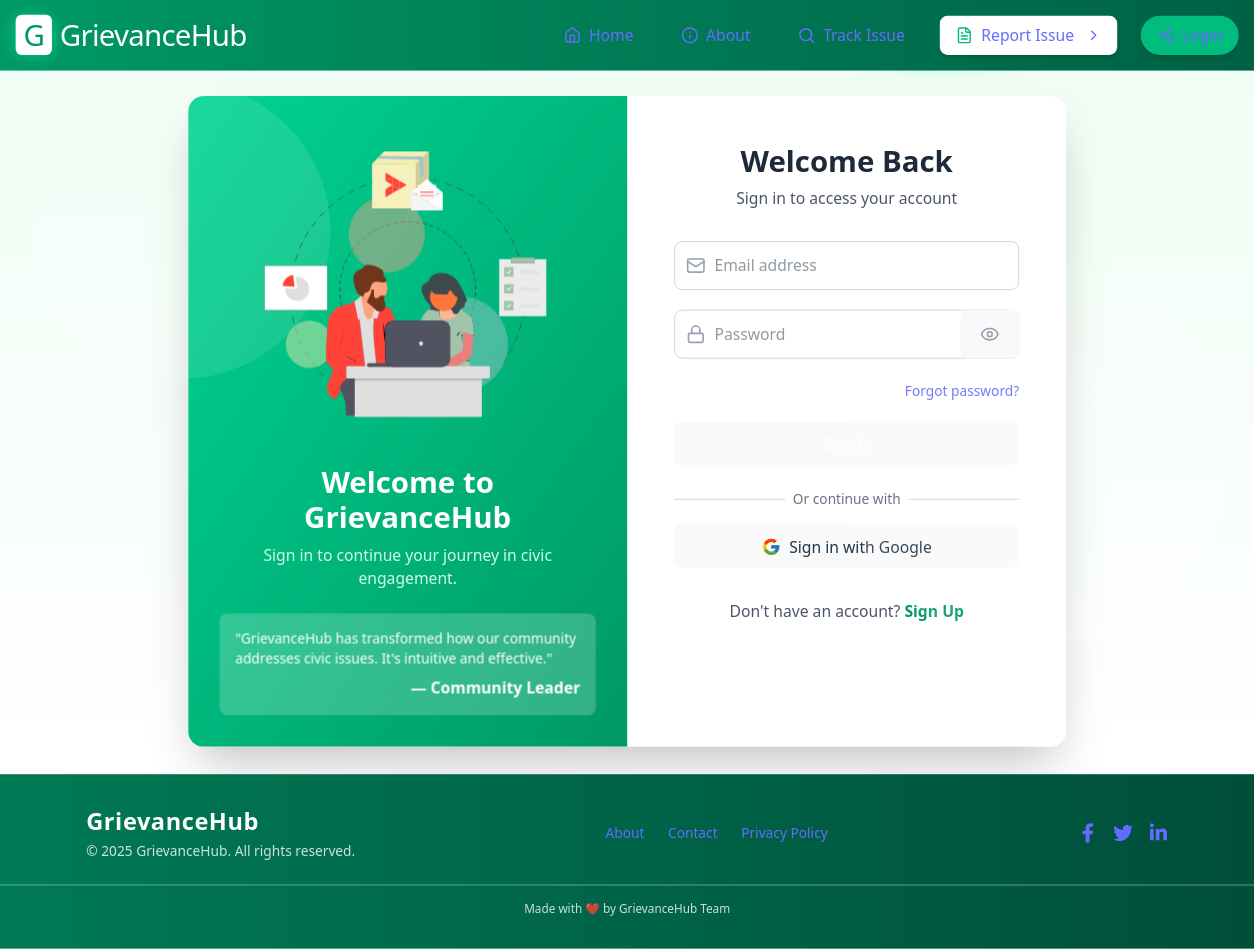
Repository: Aishi4/Grievance-Hub
Page: /login (app in my-vite-Griv/)
The author's editor kept a copy of each file at every save. The page is drawn from the files as they stood at one save, then again after the next save.
The browser window is 1280 px wide. The pictures show the whole page, at 98% of full size.
The project was rebuilt for these pictures with package versions that can differ from the ones it lists, and the page was loaded fresh each time. Some packages were replaced by stand-ins written for this rebuild. Also part of the build but not shown: my-vite-Griv/vite.config.js, my-vite-Griv/src/pages/Home.jsx, my-vite-Griv/src/Report.jsx, my-vite-Griv/src/App.jsx, my-vite-Griv/src/pages/About.jsx, my-vite-Griv/src/supabase.js, my-vite-Griv/src/pages/UploadPhoto.jsx, my-vite-Griv/src/pages/ViewPhoto.jsx and 1 more.

Above is the page before, as saved 2025-03-29 20:10:55.

### my-vite-Griv/src/main.jsx
import { StrictMode } from 'react'
import { createRoot } from 'react-dom/client'
import './index.css'
import App from './App.jsx'
import { Route,createBrowserRouter, createRoutesFromElements, RouterProvider } from 'react-router'
import Layout from './Layout.jsx'
import Home from './pages/Home.jsx'
import About from './pages/About.jsx'
import UploadPhoto from './pages/UploadPhoto.jsx'
import ViewPhoto from './pages/ViewPhoto.jsx'
import AdminPanel from './pages/AdminPanel.jsx'
import Login from './pages/Login.jsx'

const router = createBrowserRouter(
  createRoutesFromElements(
    <Route path='/' element={<Layout />}>
      <Route path="" element={<Home />} />
      <Route path="report" element={<UploadPhoto />} />
      <Route path="about" element={<About />} />
      <Route path="track" element={<ViewPhoto />} />
      <Route path='admin' element={<AdminPanel />} />
      <Route path='login' element={<Login />} />


    </Route>
  )
)

createRoot(document.getElementById('root')).render(
  <StrictMode>




    <RouterProvider router={router} />

  </StrictMode>,
)

### my-vite-Griv/src/Layout.jsx
import { Outlet } from "react-router-dom";
import Navbar from "./pages/Navbar";
import React from "react";
import Footer from "./pages/Footer";

function Layout() {
  return (
    <div className="min-h-screen flex flex-col">
      <Navbar />
      <div className="flex-grow pt-[70px]"> {/* Adjust this padding based on navbar height */}
        <Outlet />
      </div>
      <Footer />
    </div>
  );
}
export default Layout;

### my-vite-Griv/src/pages/Login.jsx
import { useState } from "react";
import { auth, googleProvider } from "../firebaseConfig"; // Ensure you have Firebase configured
import { signInWithEmailAndPassword, createUserWithEmailAndPassword, signInWithPopup } from "firebase/auth";
import { useNavigate } from "react-router-dom";
import { motion } from "framer-motion";
import { FcGoogle } from "react-icons/fc";
import Lottie from "lottie-react";
import loginAnimation from "../assets/Us.json";
import { EyeIcon, EyeOffIcon, LockIcon, MailIcon } from 'lucide-react';

const Login = () => {
  const [email, setEmail] = useState("");
  const [password, setPassword] = useState("");
  const [isSignUp, setIsSignUp] = useState(false);
  const [error, setError] = useState(null);
  const [showPassword, setShowPassword] = useState(false);
  const [isLoading, setIsLoading] = useState(false);
  const navigate = useNavigate();

  const handleAuth = async (e) => {
    e.preventDefault();
    setError(null);
    setIsLoading(true);

    try {
      if (isSignUp) {
        await createUserWithEmailAndPassword(auth, email, password);
      } else {
        await signInWithEmailAndPassword(auth, email, password);
      }
      navigate("/"); // Redirect to home after login/signup
    } catch (err) {
      setError(err.message);
    } finally {
      setIsLoading(false);
    }
  };

  const handleGoogleSignIn = async () => {
    setError(null);
    setIsLoading(true);

    try {
      await signInWithPopup(auth, googleProvider);
      navigate("/");
    } catch (err) {
      setError(err.message);
    } finally {
      setIsLoading(false);
    }
  };

  return (
    <div className="min-h-screen min-w-screen flex justify-center items-center min-h-screen bg-gradient-to-b from-green-50 to-green-100p-4">
      {/* Decorative elements */}
      <div className="absolute top-0 left-0 w-full h-full overflow-hidden pointer-events-none">
        <motion.div
          className="absolute top-20 left-10 w-64 h-64 rounded-full bg-white opacity-10"
          animate={{
            scale: [1, 1.2, 1],
            x: [0, 20, 0],
            y: [0, 30, 0],
          }}
          transition={{
            duration: 15,
            repeat: Infinity,
            repeatType: "reverse"
          }}
        />
        <motion.div
          className="absolute bottom-20 right-10 w-80 h-80 rounded-full bg-white opacity-10"
          animate={{
            scale: [1, 1.3, 1],
            x: [0, -30, 0],
            y: [0, -20, 0],
          }}
          transition={{
            duration: 18,
            repeat: Infinity,
            repeatType: "reverse"
          }}
        />
      </div>

      <motion.div
        initial={{ opacity: 0, y: -20 }}
        animate={{ opacity: 1, y: 0 }}
        transition={{ duration: 0.6 }}
        className="bg-white rounded-2xl shadow-2xl overflow-hidden w-full max-w-4xl flex flex-col md:flex-row"
      >
        {/* Left side - Animation */}
        <motion.div
          initial={{ opacity: 0, x: -20 }}
          animate={{ opacity: 1, x: 0 }}
          transition={{ delay: 0.3, duration: 0.8 }}
          className="w-full md:w-1/2 bg-gradient-to-br from-emerald-400 to-emerald-600 p-8 flex flex-col justify-center items-center text-white"
        >
          <div className="w-full max-w-xs">
            <Lottie animationData={loginAnimation} className="w-full" />
          </div>
          <h2 className="text-3xl font-bold mt-6 mb-2 text-center">Welcome to GrievanceHub</h2>
          <p className="text-emerald-100 text-center mb-6">
            {isSignUp
              ? "Join our community and start making a difference today."
              : "Sign in to continue your journey in civic engagement."}
          </p>
          <div className="bg-white/20 p-4 rounded-lg backdrop-blur-sm">
            <p className="text-sm text-white">
              "GrievanceHub has transformed how our community addresses civic issues. It's intuitive and effective."
            </p>
            <p className="text-right mt-2 font-semibold">— Community Leader</p>
          </div>
        </motion.div>

        {/* Right side - Form */}
        <motion.div
          initial={{ opacity: 0, x: 20 }}
          animate={{ opacity: 1, x: 0 }}
          transition={{ delay: 0.3, duration: 0.8 }}
          className="w-full md:w-1/2 p-8 md:p-12"
        >
          <div className="mb-8 text-center">
            <h2 className="text-3xl font-bold text-gray-800 mb-2">
              {isSignUp ? "Create Account" : "Welcome Back"}
            </h2>
            <p className="text-gray-600">
              {isSignUp
                ? "Sign up to start your journey with us"
                : "Sign in to access your account"}
            </p>
          </div>

          {error && (
            <motion.div
              initial={{ opacity: 0, y: -10 }}
              animate={{ opacity: 1, y: 0 }}
              className="bg-red-50 text-red-600 p-3 rounded-lg mb-4 text-sm flex items-center"
            >
              <svg xmlns="http://www.w3.org/2000/svg" className="h-5 w-5 mr-2" viewBox="0 0 20 20" fill="currentColor">
                <path fillRule="evenodd" d="M18 10a8 8 0 11-16 0 8 8 0 0116 0zm-7 4a1 1 0 11-2 0 1 1 0 012 0zm-1-9a1 1 0 00-1 1v4a1 1 0 102 0V6a1 1 0 00-1-1z" clipRule="evenodd" />
              </svg>
              {error}
            </motion.div>
          )}

          <form onSubmit={handleAuth} className="space-y-5">
            <div className="relative">
              <div className="absolute inset-y-0 left-0 pl-3 flex items-center pointer-events-none">
                <MailIcon className="h-5 w-5 text-gray-400" />
              </div>
              <input
                type="email"
                placeholder="Email address"
                value={email}
                onChange={(e) => setEmail(e.target.value)}
                required
                className="w-full pl-10 pr-4 py-3 border border-gray-300 rounded-lg focus:outline-none focus:ring-2 focus:ring-emerald-500 focus:border-emerald-500 transition-colors"
              />
            </div>

            <div className="relative">
              <div className="absolute inset-y-0 left-0 pl-3 flex items-center pointer-events-none">
                <LockIcon className="h-5 w-5 text-gray-400" />
              </div>
              <input
                type={showPassword ? "text" : "password"}
                placeholder="Password"
                value={password}
                onChange={(e) => setPassword(e.target.value)}
                required
                className="w-full pl-10 pr-12 py-3 border border-gray-300 rounded-lg focus:outline-none focus:ring-2 focus:ring-emerald-500 focus:border-emerald-500 transition-colors"
              />
              <button
                type="button"
                onClick={() => setShowPassword(!showPassword)}
                className="absolute inset-y-0 right-0 pr-3 flex items-center"
              >
                {showPassword ? (
                  <EyeOffIcon className="h-5 w-5 text-gray-400 hover:text-gray-600" />
                ) : (
                  <EyeIcon className="h-5 w-5 text-gray-400 hover:text-gray-600" />
                )}
              </button>
            </div>

            {!isSignUp && (
              <div className="text-right">
                <a href="#" className="text-sm text-emerald-600 hover:text-emerald-800 transition-colors">
                  Forgot password?
                </a>
              </div>
            )}

            <motion.button
              type="submit"
              className="w-full bg-emerald-600 hover:bg-emerald-500 text-white font-bold py-3 rounded-lg transition duration-300 flex items-center justify-center"
              whileHover={{ scale: 1.02 }}
              whileTap={{ scale: 0.98 }}
              disabled={isLoading}
            >
              {isLoading ? (
                <svg className="animate-spin -ml-1 mr-2 h-5 w-5 text-white" xmlns="http://www.w3.org/2000/svg" fill="none" viewBox="0 0 24 24">
                  <circle className="opacity-25" cx="12" cy="12" r="10" stroke="currentColor" strokeWidth="4"></circle>
                  <path className="opacity-75" fill="currentColor" d="M4 12a8 8 0 018-8V0C5.373 0 0 5.373 0 12h4zm2 5.291A7.962 7.962 0 014 12H0c0 3.042 1.135 5.824 3 7.938l3-2.647z"></path>
                </svg>
              ) : null}
              {isSignUp ? "Create Account" : "Sign In"}
            </motion.button>
          </form>

          <div className="mt-6">
            <div className="relative">
              <div className="absolute inset-0 flex items-center">
                <div className="w-full border-t border-gray-300"></div>
              </div>
              <div className="relative flex justify-center text-sm">
                <span className="px-2 bg-white text-gray-500">Or continue with</span>
              </div>
            </div>

            <motion.button
              className="mt-4 w-full flex items-center justify-center space-x-2 border border-gray-300 p-3 rounded-lg hover:bg-gray-50 transition-colors"
              onClick={handleGoogleSignIn}
              whileHover={{ scale: 1.02 }}
              whileTap={{ scale: 0.98 }}
              disabled={isLoading}
            >
              <FcGoogle size={20} />
              <span>Sign in with Google</span>
            </motion.button>
          </div>

          <p className="text-center text-gray-600 mt-8">
            {isSignUp ? "Already have an account?" : "Don't have an account?"}{" "}
            <motion.span
              className="text-emerald-600 font-semibold cursor-pointer"
              onClick={() => setIsSignUp(!isSignUp)}
              whileHover={{ scale: 1.05 }}
            >
              {isSignUp ? "Sign In" : "Sign Up"}
            </motion.span>
          </p>
        </motion.div>
      </motion.div>
    </div>
  );
};

export default Login;

### my-vite-Griv/src/pages/Navbar.jsx
"use client"

import { useState, useEffect } from "react"
import { Link, useLocation } from "react-router-dom"
import { motion, AnimatePresence } from "framer-motion"
import { Home, Info, Search, FileText, LogIn, Menu, X, ChevronRight } from "lucide-react"

const Navbar = () => {
  const [isHovered, setIsHovered] = useState(null)
  const [isScrolled, setIsScrolled] = useState(false)
  const [isMobileMenuOpen, setIsMobileMenuOpen] = useState(false)
  const location = useLocation()

  const navItems = [
    {
      to: "/",
      label: "Home",
      icon: Home,
    },
    {
      to: "/about",
      label: "About",
      icon: Info,
    },
    {
      to: "/track",
      label: "Track Issue",
      icon: Search,
    },
    {
      to: "/report",
      label: "Report Issue",
      icon: FileText,
      special: true,
    },
  ]

  // Handle scroll effect
  useEffect(() => {
    const handleScroll = () => {
      if (window.scrollY > 20) {
        setIsScrolled(true)
      } else {
        setIsScrolled(false)
      }
    }

    window.addEventListener("scroll", handleScroll)
    return () => window.removeEventListener("scroll", handleScroll)
  }, [])

  // Close mobile menu when route changes
  useEffect(() => {
    setIsMobileMenuOpen(false)
  }, [location])

  return (
    <>
      <motion.nav

        className={`fixed w-full z-50 transition-all duration-300 ${
          isScrolled
            ? "py-2 bg-emerald-800/95 backdrop-blur-md shadow-lg"
            : "py-4 bg-gradient-to-r from-emerald-600 to-emerald-800"
        }`}
      >
        <div className="container mx-auto px-4 flex justify-between items-center">
          {/* Logo with Hover Effect */}
          <motion.div whileHover={{ scale: 1.05 }} whileTap={{ scale: 0.95 }} className="relative z-10">
            <Link to="/" className="text-2xl md:text-3xl font-extrabold tracking-tight flex items-center space-x-2">
              <div className="relative">
                <span className="absolute inset-0 bg-emerald-400 rounded-md blur-sm"></span>
                <span className="relative bg-white text-emerald-600 px-2 rounded-md">G</span>
              </div>
              <span className="text-white">GrievanceHub</span>
            </Link>
          </motion.div>

          {/* Desktop Navigation Links */}
          <div className="hidden md:flex items-center space-x-6">
            {navItems.map((item, index) => (
              <motion.div
                key={item.to}
                onHoverStart={() => setIsHovered(index)}
                onHoverEnd={() => setIsHovered(null)}
                className="relative"
              >
                <Link
                  to={item.to}
                  className={`
                    flex items-center space-x-2 py-2 px-3 rounded-lg
                    ${location.pathname === item.to && !item.special ? "bg-emerald-700/50" : ""}
                    ${
                      item.special
                        ? "bg-white text-emerald-600 px-4 py-2 rounded-full shadow-md hover:shadow-lg hover:bg-emerald-50"
                        : "text-white hover:text-emerald-200"
                    }
                    transition-all duration-300
                  `}
                >
                  <item.icon size={18} className={item.special ? "text-emerald-500" : ""} />
                  <span className="font-medium">{item.label}</span>

                  {item.special && (
                    <motion.div
                      initial={{ scale: 1 }}
                      animate={{ scale: [1, 1.1, 1] }}
                      transition={{
                        repeat: Number.POSITIVE_INFINITY,
                        duration: 2,
                        repeatType: "loop",
                      }}
                    >
                      <ChevronRight size={16} className="ml-1" />
                    </motion.div>
                  )}
                </Link>

                {!item.special && isHovered === index && (
                  <motion.div
                    layoutId="underline"
                    className="absolute bottom-[-3px] left-0 right-0 h-[3px] bg-emerald-300 rounded-full"
                    initial={{ width: 0, left: "50%" }}
                    animate={{ width: "100%", left: 0 }}
                    transition={{ type: "spring", stiffness: 300, damping: 30 }}
                  />
                )}
              </motion.div>
            ))}

            {/* Login Button */}
            <motion.div whileHover={{ scale: 1.05 }} whileTap={{ scale: 0.95 }}>
              <Link
                to="/login"
                className="flex items-center space-x-2 bg-emerald-500 text-white px-4 py-2 rounded-full font-semibold shadow-md hover:bg-emerald-400 transition-all duration-300"
              >
                <LogIn size={18} />
                <span>Login</span>
              </Link>
            </motion.div>
          </div>

          {/* Mobile Menu Button */}
          <motion.button
            whileTap={{ scale: 0.9 }}
            onClick={() => setIsMobileMenuOpen(!isMobileMenuOpen)}
            className="md:hidden flex items-center justify-center w-10 h-10 rounded-full bg-emerald-700 text-white"
          >
            {isMobileMenuOpen ? <X size={20} /> : <Menu size={20} />}
          </motion.button>
        </div>
      </motion.nav>

      {/* Mobile Menu */}
      <AnimatePresence>
        {isMobileMenuOpen && (
          <motion.div
            initial={{ opacity: 0, height: 0 }}
            animate={{ opacity: 1, height: "auto" }}
            exit={{ opacity: 0, height: 0 }}
            transition={{ duration: 0.3 }}
            className="fixed top-[60px] left-0 right-0 z-40 bg-emerald-800/95 backdrop-blur-md shadow-lg md:hidden overflow-hidden"
          >
            <div className="container mx-auto px-4 py-4">
              <div className="flex flex-col space-y-2">
                {navItems.map((item, index) => (
                  <motion.div
                    key={item.to}
                    initial={{ opacity: 0, x: -20 }}
                    animate={{ opacity: 1, x: 0 }}
                    transition={{ delay: index * 0.1 }}
                  >
                    <Link
                      to={item.to}
                      className={`
                        flex items-center space-x-3 p-3 rounded-lg
                        ${location.pathname === item.to ? "bg-emerald-700" : ""}
                        ${item.special ? "bg-white text-emerald-600 my-2" : "text-white"}
                      `}
                    >
                      <item.icon size={20} />
                      <span className="font-medium">{item.label}</span>
                    </Link>
                  </motion.div>
                ))}

                <motion.div
                  initial={{ opacity: 0, x: -20 }}
                  animate={{ opacity: 1, x: 0 }}
                  transition={{ delay: navItems.length * 0.1 }}
                >
                  <Link
                    to="/login"
                    className="flex items-center space-x-3 p-3 rounded-lg bg-emerald-500 text-white my-2"
                  >
                    <LogIn size={20} />
                    <span className="font-medium">Login</span>
                  </Link>
                </motion.div>
              </div>
            </div>
          </motion.div>
        )}
      </AnimatePresence>

      {/* Decorative Elements */}
      <div className="fixed top-0 left-0 w-full h-20 z-40 pointer-events-none overflow-hidden">
        <div className="absolute top-[-50px] left-[10%] w-20 h-20 bg-emerald-300 rounded-full mix-blend-multiply filter blur-xl opacity-20"></div>
        <div className="absolute top-[-30px] right-[20%] w-32 h-32 bg-teal-200 rounded-full mix-blend-multiply filter blur-xl opacity-20"></div>
      </div>
    </>
  )
}

export default Navbar

### my-vite-Griv/src/pages/Footer.jsx
import { FaFacebookF, FaTwitter, FaLinkedinIn } from "react-icons/fa";

const Footer = () => {
    return (
        <footer className="w-full bg-gradient-to-r from-emerald-700 to-emerald-900 text-white py-8">
            <div className="max-w-6xl mx-auto px-6 flex flex-col md:flex-row justify-between items-center text-center md:text-left">
                {/* Brand Section */}
                <div className="mb-6 md:mb-0">
                    <h2 className="text-2xl font-bold tracking-wide">GrievanceHub</h2>
                    <p className="text-sm opacity-80 mt-1">
                        &copy; {new Date().getFullYear()} GrievanceHub. All rights reserved.
                    </p>
                </div>

                {/* Navigation Links */}
                <nav className="flex space-x-6 text-sm">
                    <a href="/about" className="hover:text-gray-300 transition duration-300">About</a>
                    <a href="/contact" className="hover:text-gray-300 transition duration-300">Contact</a>
                    <a href="/privacy" className="hover:text-gray-300 transition duration-300">Privacy Policy</a>
                </nav>

                {/* Social Media Links */}
                <div className="flex space-x-4 mt-6 md:mt-0">
                    <a href="https://facebook.com" target="_blank" rel="noopener noreferrer"
                        className="text-xl hover:text-blue-400 transition duration-300">
                        <FaFacebookF />
                    </a>
                    <a href="https://twitter.com" target="_blank" rel="noopener noreferrer"
                        className="text-xl hover:text-blue-300 transition duration-300">
                        <FaTwitter />
                    </a>
                    <a href="https://linkedin.com" target="_blank" rel="noopener noreferrer"
                        className="text-xl hover:text-blue-500 transition duration-300">
                        <FaLinkedinIn />
                    </a>
                </div>
            </div>

            {/* Decorative Line */}
            <div className="w-full h-0.5 bg-white opacity-20 mt-6"></div>

            {/* Bottom Note */}
            <p className="text-xs text-center opacity-80 mt-4">
                Made with ❤️ by GrievanceHub Team
            </p>
        </footer>
    );
};

export default Footer;

### my-vite-Griv/src/firebaseConfig.js
import { initializeApp } from "firebase/app";
import { getAuth, GoogleAuthProvider } from "firebase/auth";

const firebaseConfig = {
  apiKey: "YOUR_API_KEY",
  authDomain: "YOUR_AUTH_DOMAIN",
  projectId: "YOUR_PROJECT_ID",
  storageBucket: "YOUR_STORAGE_BUCKET",
  messagingSenderId: "YOUR_MESSAGING_SENDER_ID",
  appId: "YOUR_APP_ID",
};

// Initialize Firebase
const app = initializeApp(firebaseConfig);
const auth = getAuth(app);
const googleProvider = new GoogleAuthProvider();

export { auth, googleProvider };

Loaded but not shown: my-vite-Griv/index.html (common file); my-vite-Griv/src/index.css (common file); my-vite-Griv/src/assets/Us.json (1 lines, source omitted)

After the next save:
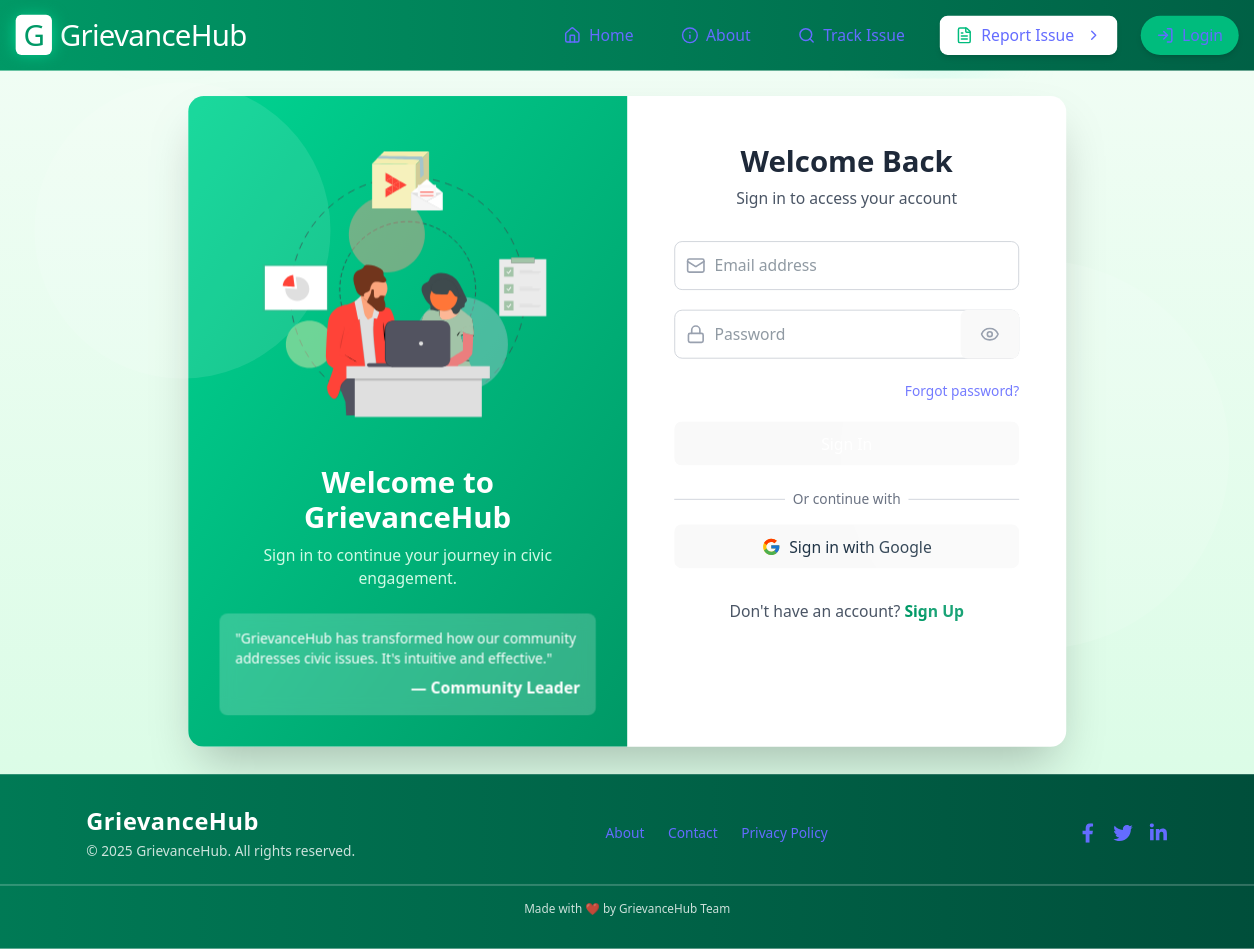
Saved 22 s later.
--- a/my-vite-Griv/src/pages/Login.jsx
+++ b/my-vite-Griv/src/pages/Login.jsx
@@ -51,7 +51,7 @@
   };
 
   return (
-    <div className="min-h-screen min-w-screen flex justify-center items-center min-h-screen bg-gradient-to-b from-green-50 to-green-100p-4">
+    <div className="min-h-screen min-w-screen flex justify-center items-center min-h-screen bg-gradient-to-b from-green-50 to-green-100 p-4">
       {/* Decorative elements */}
       <div className="absolute top-0 left-0 w-full h-full overflow-hidden pointer-events-none">
         <motion.div
